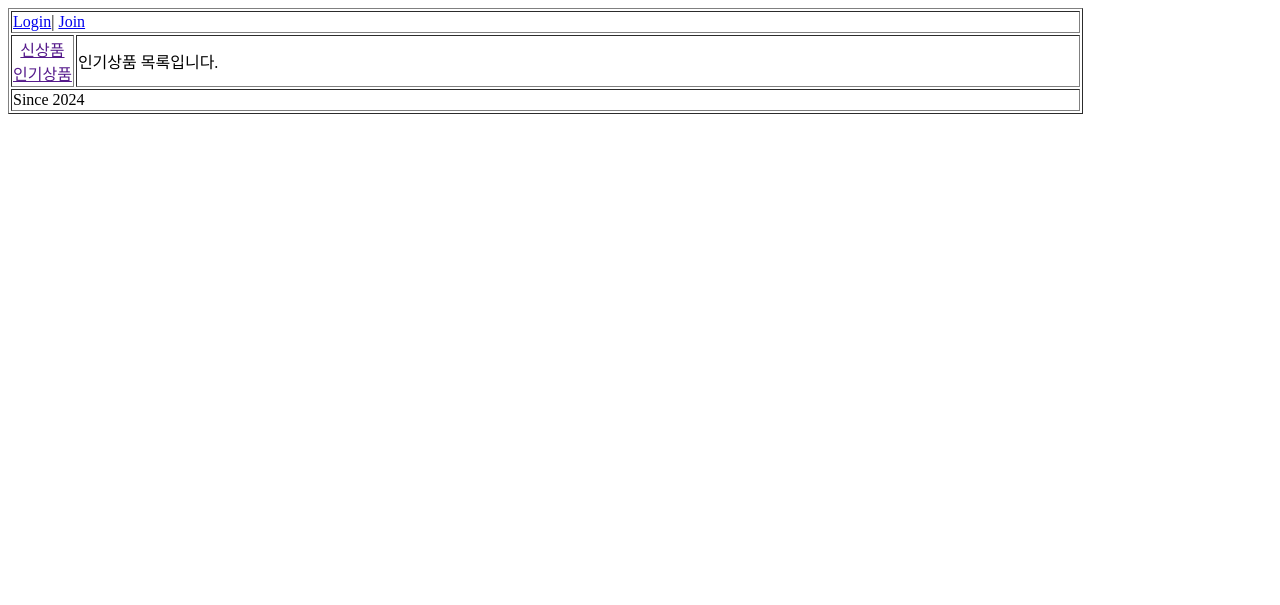
Repository: BancaKim/teamproject4
Page: http://localhost/JspDay3/Template/template.jsp
These files come from the project's save history. The page is drawn as it stood at one moment and after the next save; the edit follows.
The browser window is 1280 px wide. The pictures show the whole page.
The page is served by Tomcat 9.

Above is the page before, as saved 2024-05-02 03:30:34.

After the next save:
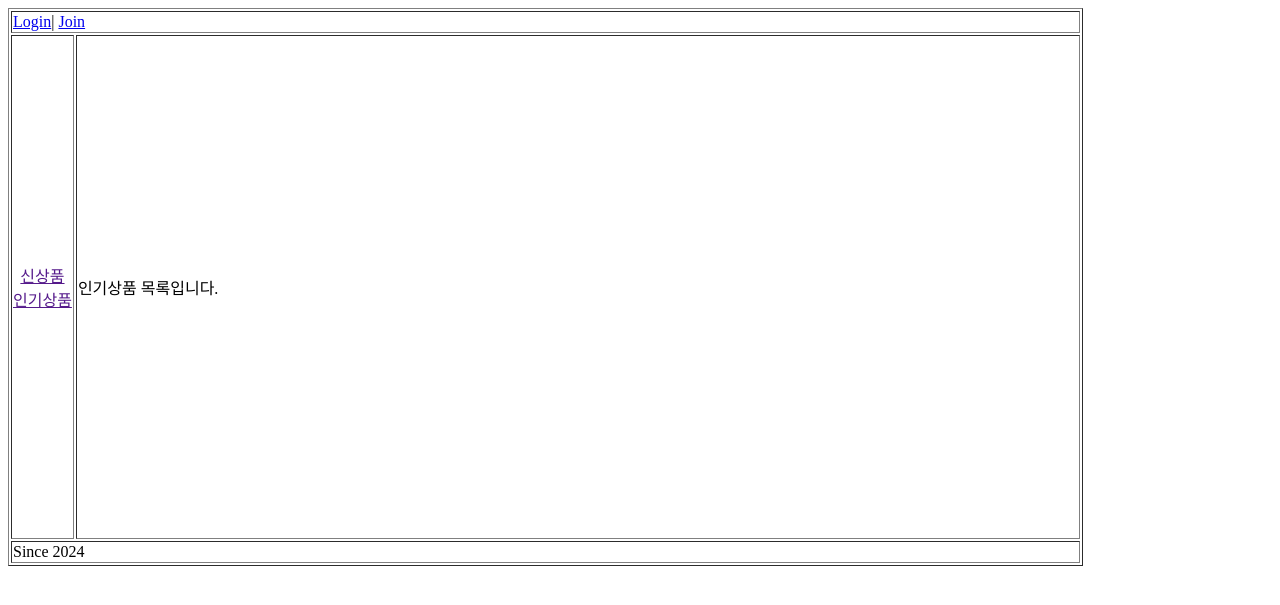
Saved 12 s later.
--- a/JspDay3/src/main/webapp/Template/template.jsp
+++ b/JspDay3/src/main/webapp/Template/template.jsp
@@ -14,7 +14,7 @@
 </td></tr>
 <tr>
 <td><%@ include file="left.jsp" %></td>
-<td width="1000px">
+<td width="1000px" height="500px">
 인기상품 목록입니다.
 </td>
 </tr>
